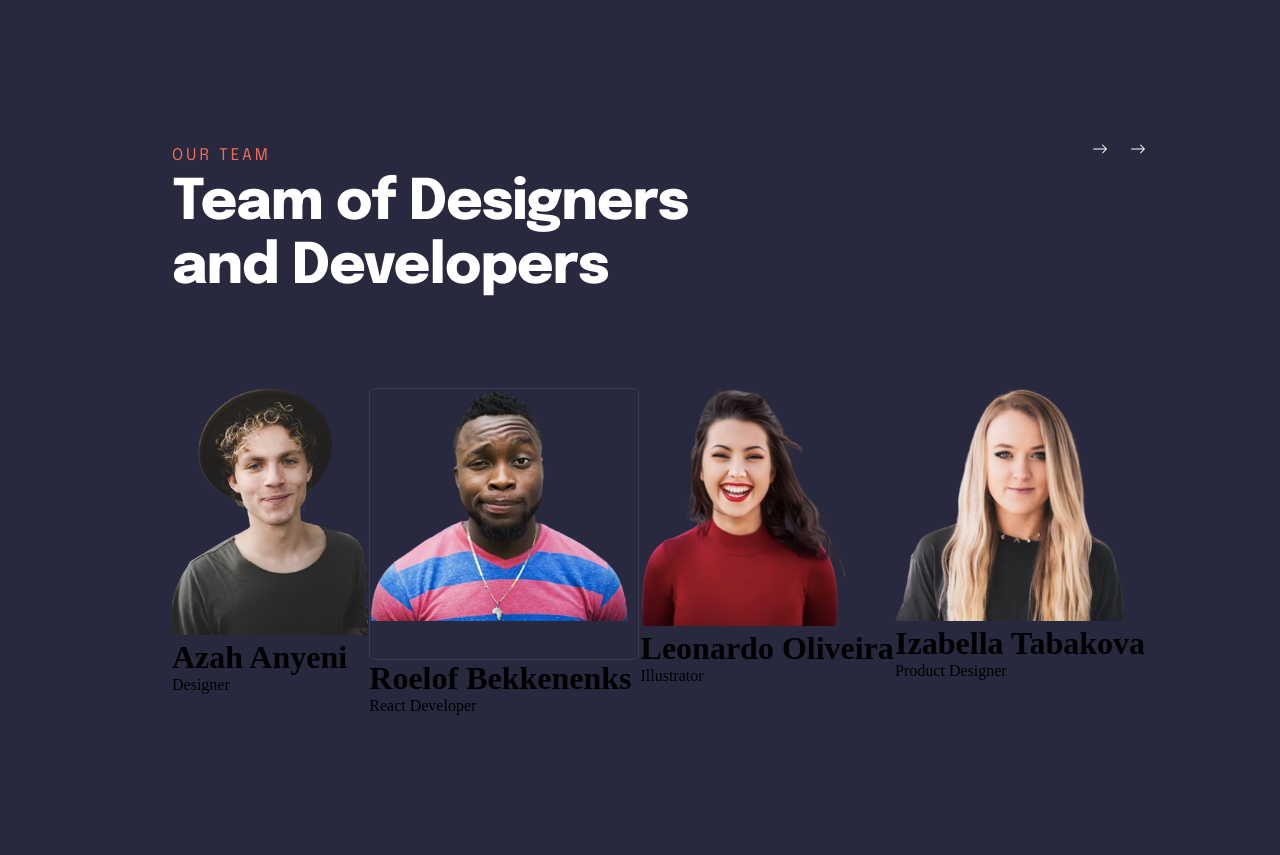
Repository: AytacJafarova/web-site
Page: index.html
An editor plug-in stored every save of this project. The page is shown before and after the next save, followed by the edit.
The browser window is 1280 px wide. The pictures show the whole page.

Above is the page before, as saved 2023-08-15 14:43:00.

### index.html
<!DOCTYPE html>
<html lang="en">

<head>
    <meta charset="UTF-8">
    <meta name="viewport" content="width=device-width, initial-scale=1.0">
    <title>Document</title>
    <link rel="stylesheet" href="/index.css">
</head>

<body>
    <div class="container">
        <div class="our-team">
            <div class="team-texts">
                <h1>Our Team</h1>
                <h2>Team of Designers <br>and Developers</h2>
            </div>
            <div class="team-images">
                <div class="right">
                    <img src="/team images/Path.svg" alt="">
                    <img src="/team images/Path (1).svg" alt="">
                </div>
            </div>
        </div>
        <div class="developers">
            <ul>
                <li>
                    <div class="img1">
                        <div class="border">
                            <img src="./team images/Bitmap.svg" alt="">
                        </div>
                    </div>
                    <div class="texts">
                        <h1>Azah Anyeni </h1>
                        <p>Designer</p>
                    </div>
                </li>
                <li>
                    <div class="img2">
                        <div class="border">
                            <img src="./team images/Bitmap (1).svg" alt="">
                        </div>
                        <div class="texts">
                            <h1>Roelof Bekkenenks</h1>
                            <p>React Developer</p>
                        </div>
                </li>
                <li>
                    <div class="img3">
                        <div class="border">
                            <img src="./team images/Bitmap (2).svg" alt="">
                        </div>
                    </div>
                    <div class="texts">
                        <h1>Leonardo Oliveira </h1>
                        <p>Illustrator</p>
                    </div>
                </li>
                <li>
                    <div class="img4">
                        <div class="border">
                            <img src="./team images/Bitmap (3).svg" alt="">
                        </div>
                    </div>
                    <div class="texts">
                        <h1>Izabella Tabakova</h1>
                        <p>Product Designer</p>
                    </div>
                </li>
            </ul>
        </div>
    </div>
</body>

</html>

### index.css
@import url("https://fonts.googleapis.com/css2?family=Epilogue:wght@400;800&display=swap");
* {
  margin: 0;
  padding: 0;
  box-sizing: border-box;
}
.container {
  padding: 140px 135px 140px 172px;
  background: #28293e;
}
.our-team {
  display: flex;
  justify-content: space-between;
}
.our-team .team-texts h1 {
  color: var(--text-light-accent, #ef6d58);
  font-feature-settings: "clig" off, "liga" off;
  font-family: Epilogue;
  font-size: 16px;
  font-style: normal;
  font-weight: 400;
  line-height: 32px;
  letter-spacing: 3px;
  text-transform: uppercase;
}
.our-team .team-texts h2 {
  color: var(--text-light, #fff);
  font-feature-settings: "clig" off, "liga" off;
  font-family: Epilogue;
  font-size: 56px;
  font-style: normal;
  font-weight: 800;
  line-height: 64px;
  letter-spacing: -1px;
}
.team-images .right img {
  margin-left: 20px;
}
.developers {
  margin-top: 88px;
}
.developers ul {
  display: flex;
  justify-content: space-between;
}
.developers ul li {
  list-style-type: none;
}
.developers ul li .img1 img {
  width: 196px;
  height: 247px;
}

.developers ul li .img2 img {
  width: 259px;
  height: 232px;

}
.developers ul li .img2 .border {
  /* padding: 40px 40px 0 40px; */
  width: 270px;
  height: 272px;
  border-radius: 6px;
  border: 1px solid #3a3c56;
}
.developers ul li .img3 img {
  width: 205px;
  height: 238px;

}

.developers ul li .img4 img {
  width: 230px;
  height: 233px;
  flex-shrink: 0;
}

After the next save:
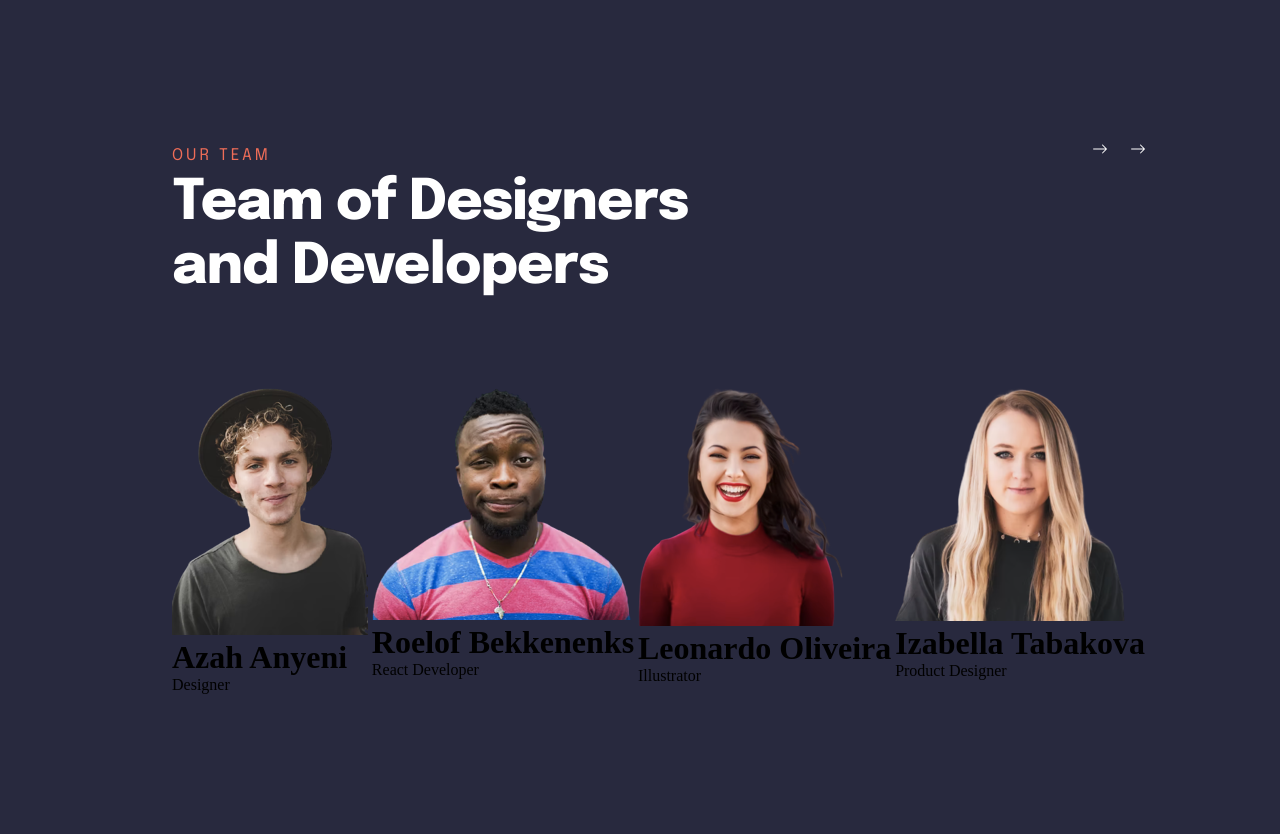
Saved 7 s later.
--- a/index.css
+++ b/index.css
@@ -56,7 +56,7 @@
   height: 232px;
 
 }
-.developers ul li .img2 .border {
+.developers ul li .img2 . {
   /* padding: 40px 40px 0 40px; */
   width: 270px;
   height: 272px;

After the save that followed:
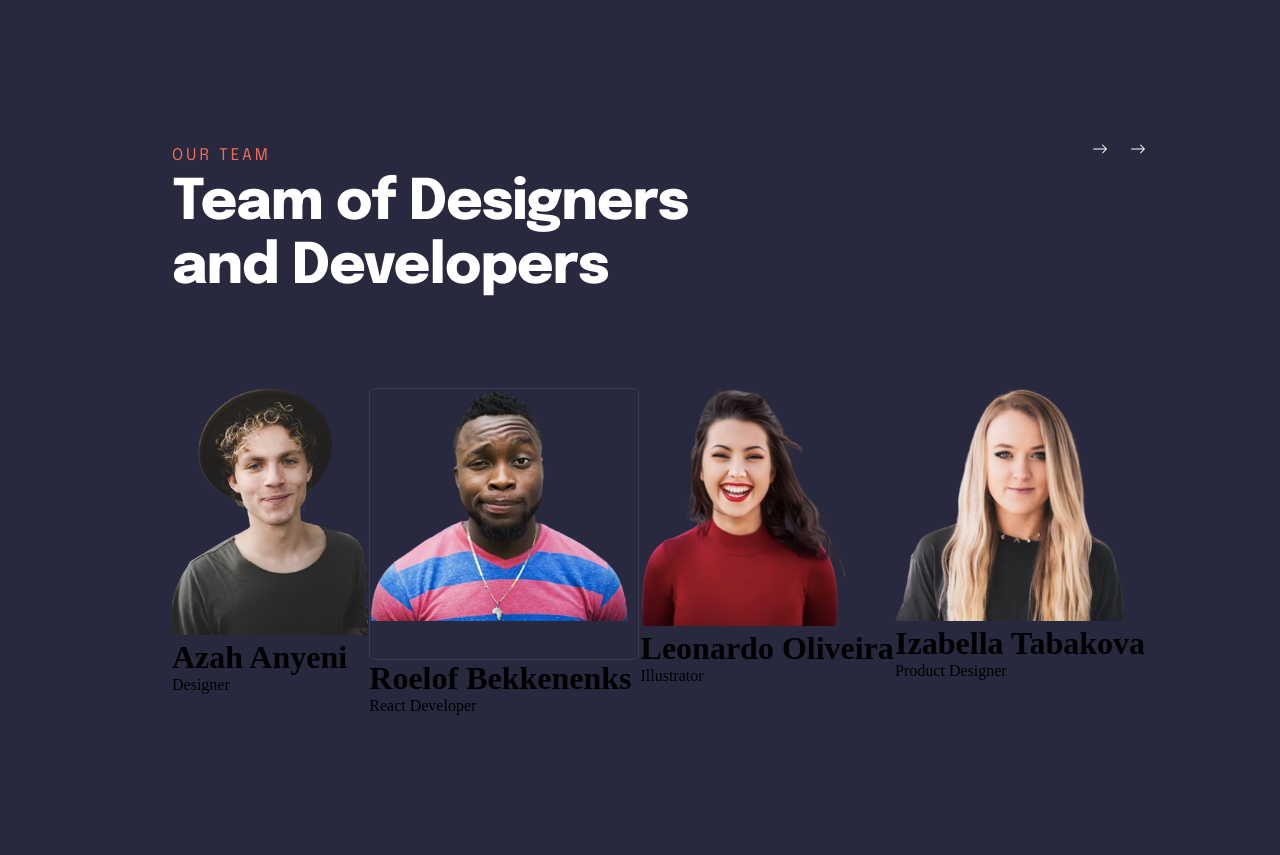
Saved 4 s later.
--- a/index.css
+++ b/index.css
@@ -56,7 +56,7 @@
   height: 232px;
 
 }
-.developers ul li .img2 . {
+.developers ul li .img2 .border {
   /* padding: 40px 40px 0 40px; */
   width: 270px;
   height: 272px;
